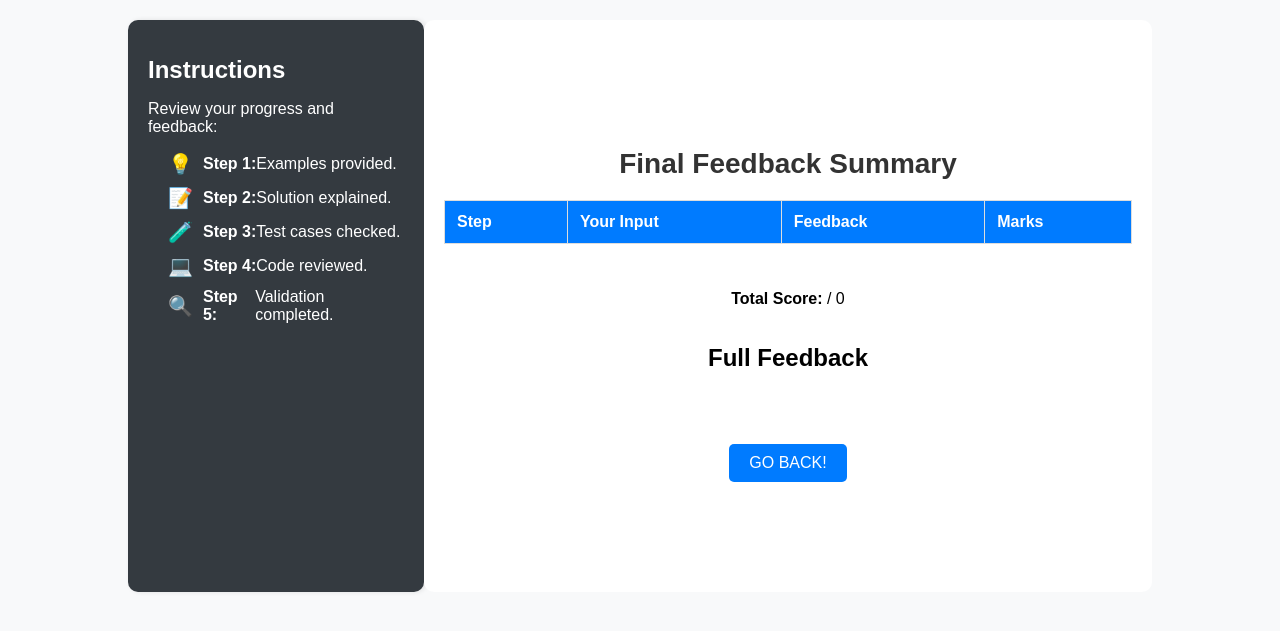
Repository: raushan22882917/Interview_platform
Page: templates/Ai/feedback.html
An editor plug-in stored every save of this project. The page is shown before and after the next save, followed by the edit.
The browser window is 1280 px wide. The pictures show the whole page.
The page is served by the project's application, run on Flask 3 (temp_code.py). The template is opened directly, without the code that normally fills it, so the values that code supplies are empty.

Above is the page before, as saved 2024-12-03 01:42:04.

After the next save:
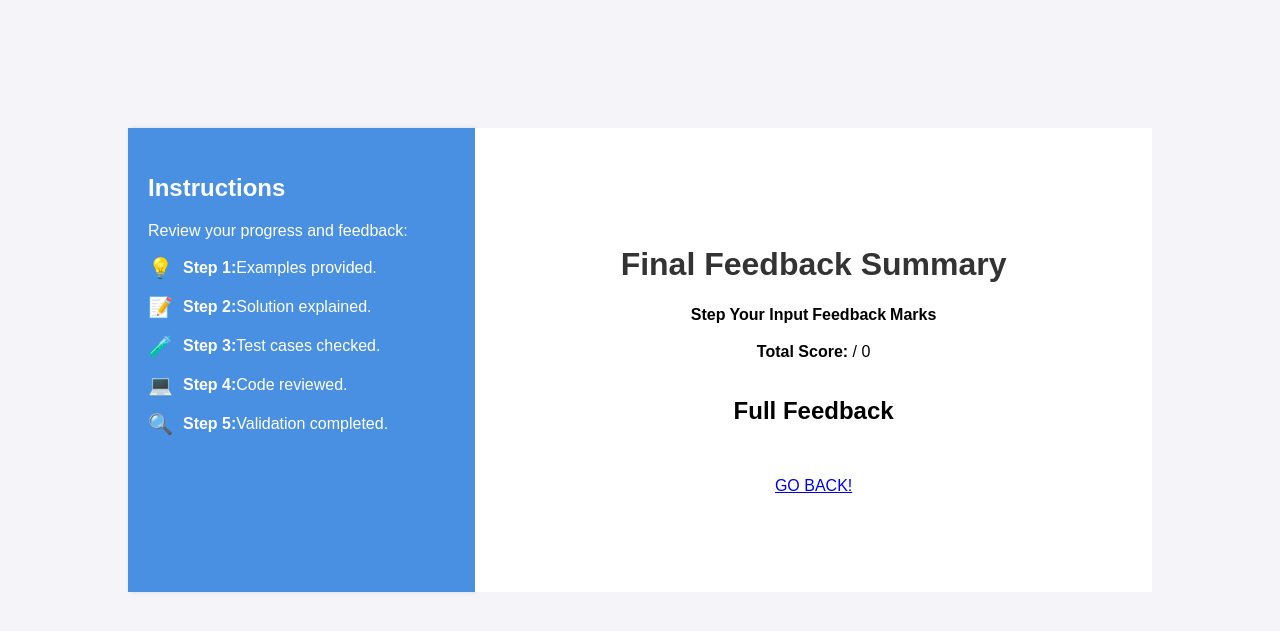
Saved 94 s later.
--- a/Tech_Round/templates/Ai/feedback.html
+++ b/Tech_Round/templates/Ai/feedback.html
@@ -5,125 +5,7 @@
     <meta name="viewport" content="width=device-width, initial-scale=1.0">
     <title>Final Feedback</title>
     <link rel="stylesheet" href="{{ url_for('static', filename='assets/css/styles.css') }}">
-    <style>
-        body {
-            font-family: Arial, sans-serif;
-            margin: 0;
-            padding: 0;
-            display: flex;
-            justify-content: center;
-            background-color: #f8f9fa;
-        }
 
-        .container {
-            display: flex;
-            flex-direction: row;
-            justify-content: space-between;
-            width: 90%;
-            max-width: 1200px;
-            margin-top: 20px;
-        }
-
-        .sidebar {
-            width: 25%;
-            background-color: #343a40;
-            color: #fff;
-            padding: 20px;
-            border-radius: 10px;
-        }
-
-        .sidebar h1 {
-            font-size: 24px;
-            margin-bottom: 15px;
-        }
-
-        .sidebar p {
-            font-size: 16px;
-            margin-bottom: 10px;
-        }
-
-        .sidebar ul {
-            list-style-type: disc;
-            padding-left: 20px;
-        }
-
-        .sidebar ul li {
-            margin-bottom: 10px;
-        }
-
-        .icon {
-            margin-right: 10px;
-        }
-
-        .content {
-            width: 70%;
-            padding: 20px;
-            background-color: #fff;
-            border-radius: 10px;
-        }
-
-        .content h1 {
-            font-size: 28px;
-            margin-bottom: 20px;
-        }
-
-        .feedback-table {
-            width: 100%;
-            border-collapse: collapse;
-            margin-bottom: 30px;
-        }
-
-        .feedback-table th, .feedback-table td {
-            border: 1px solid #ddd;
-            padding: 12px;
-            text-align: left;
-        }
-
-        .feedback-table th {
-            background-color: #007bff;
-            color: white;
-        }
-
-        .feedback-table td {
-            background-color: #f9f9f9;
-        }
-
-        .feedback-table tr:nth-child(even) {
-            background-color: #f2f2f2;
-        }
-
-        .feedback-table tr:hover {
-            background-color: #ddd;
-        }
-
-        .feedback-summary {
-            list-style-type: none;
-            padding-left: 0;
-        }
-
-        .feedback-summary li {
-            margin-bottom: 15px;
-        }
-
-        .feedback-summary h3 {
-            margin: 10px 0;
-            font-size: 20px;
-        }
-
-        .back-btn {
-            display: inline-block;
-            margin-top: 20px;
-            padding: 10px 20px;
-            background-color: #007bff;
-            color: white;
-            text-decoration: none;
-            border-radius: 5px;
-        }
-
-        .back-btn:hover {
-            background-color: #0056b3;
-        }
-    </style>
 </head>
 <body>
 
